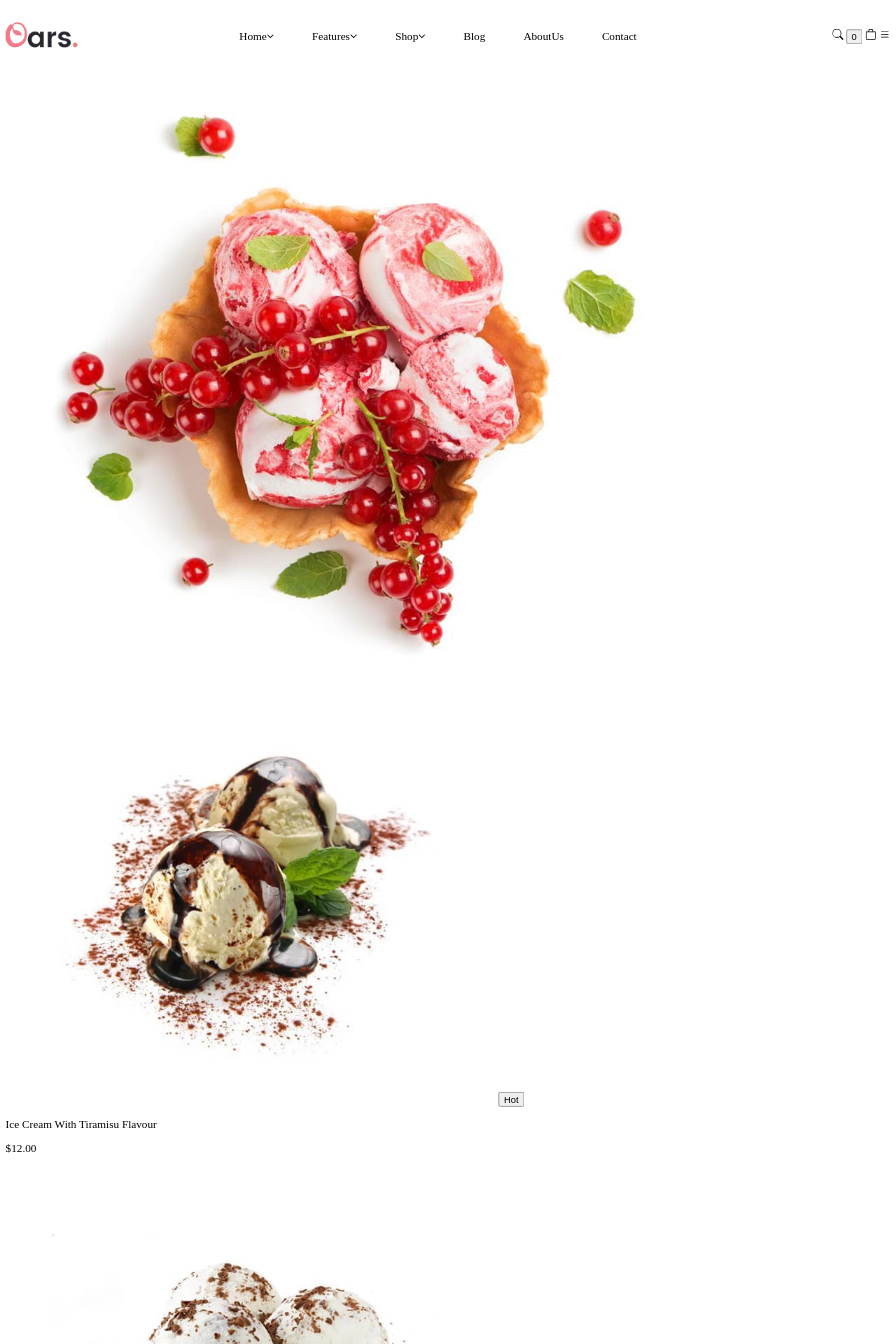
Repository: pradeepi2i/ice-cream
Page: icecream.html
These files come from the project's save history. The page is drawn as it stood at one moment and after the next save; the edit follows.
The browser window is 1280 px wide. The pictures show the part of the page from y = 0 to 1920 px (the page is 8919 px tall), at 70% of full size.

Above is the page before, as saved 2022-11-16 13:05:47.

### icecream.html
<!DOCTYPE html>
<html lang="en">
  <head>
    <meta charset="UTF-8" />
    <meta http-equiv="X-UA-Compatible" content="IE=edge" />
    <meta name="viewport" content="width=device-width, initial-scale=1.0" />
    <link rel="preconnect" href="https://fonts.googleapis.com" />
    <link rel="preconnect" href="https://fonts.gstatic.com" crossorigin />
    <link
      href="https://fonts.googleapis.com/css2?family=Poppins:wght@500;400;200&display=swap"
      rel="stylesheet"
    />
    <link
      rel="stylesheet"
      href="https://cdnjs.cloudflare.com/ajax/libs/font-awesome/4.7.0/css/font-awesome.min.css"
    />
    <link rel="stylesheet" href="./css/style.css" />
    <title>Ice-cream</title>
  </head>
  <body>
    <div class="header">
      <div class="navbar-left">
        <img src="./images/logo.png" alt="logo" class="title" />
      </div>
      <div class="navbar-center">
        <span class="navigation" id="home"
          >Home<i class="fa fa-angle-down down-arrow" aria-hidden="true"></i
        ></span>
        <span class="navigation"
          >Features<i class="fa fa-angle-down down-arrow" aria-hidden="true"></i
        ></span>
        <span class="navigation"
          >Shop<i class="fa fa-angle-down down-arrow" aria-hidden="true"></i
        ></span>
        <span class="navigation">Blog</span>
        <span class="navigation">AboutUs</span>
        <span class="navigation">Contact</span>
      </div>
      <div class="navbar-right">
        <img
          class="top-nav-icon"
          id="search"
          src="./images/search.svg"
          alt="search"
        />
        <button class="count">0</button>
        <img class="top-nav-icon" src="/images/bag.svg" alt="cart" id="bag" />
        <img class="top-nav-icon" src="/images/menu.svg" alt="menu" id="menu" />
      </div>
    </div>
    <div class="container">
      <div class="top-container">
        <div class="large-left-square-1">
          <img
            id="large-left"
            src="/images/strawberry-big.jpg"
            alt="strawberry-big"
            class="strawberry-big"
          />
        </div>
        <div class="right-rectangle-1">
          <div class="small-ice-row-1-col-1">
            <img
              class="small-ice"
              src="/images/ice-1.jpg"
              alt="Tiramisu Flavour"
            />
            <button class="hot">Hot</button>
            <div class="txt">
              <p class="flavour">Ice Cream With Tiramisu Flavour</p>
              <span class="price">$12.00</span>
            </div>
          </div>
          <div class="small-ice-row-1-col-2">
            <img class="small-ice" src="/images/ice-2.jpg" alt="Scrachatella" />
            <button class="hot">Hot</button>
            <button class="sale">Sale</button>
            <div class="txt">
              <p class="flavour">Scrachatella Ice Cream</p>
              <span class="price">$36.90</span>
              <span class="old-price">&nbsp$41.00</span>
            </div>
          </div>
          <div class="small-ice-row-1-col-1">
            <img
              class="small-ice"
              src="/images/ice-3.jpg"
              alt="Tiramisu Flavour"
            />
            <button class="hot">Hot</button>
            <div class="txt">
              <p class="flavour">Cream with strawberry</p>
              <span class="price">$15.00</span>
            </div>
          </div>
          <div class="small-ice-row-1-col-2">
            <img
              class="small-ice"
              src="/images/ice-4.jpg"
              alt="Cappuccino Ice Cream"
            />
            <button class="sale-only">Sale</button>
            <div class="txt">
              <p class="flavour">Cappuccino Ice Cream</p>
              <span class="price">$18.90</span>
              <span class="old-price">&nbsp$20.00</span>
            </div>
          </div>
        </div>
      </div>
      <div class="middle-container">
        <div class="poster">
          <div class="content">
            <h1 class="title">Stepping into15th years of sharing smiles</h1>
            <p class="subtitle">
              Prasent commodo cursus magna,vel scelerisque nisl consectetur et.
              Cras mattis consectetur purus sit amet fermentum. Lorem ipsum
              dolor sit amet, consectetur adipiscing elit. Donec ullamcorper
              nulla non metus auctor fringilla.Nullam quis risus eget urna
              mollis ornare vel eu leo.
            </p>
            <p id="about">About Oars Store</p>
          </div>
        </div>
      </div>
      <div class="top-container">
        <div class="right-rectangle-1">
          <div class="small-ice-row-1-col-1">
            <img
              class="small-ice"
              src="/images/ice-5.jpg"
              alt="Ice Cream Covered With Chocolate & Nuts"
            />
            <div class="txt">
              <p class="flavour">Ice Cream With Chocolate & Nuts</p>
              <span class="price">$60.00</span>
            </div>
          </div>
          <div class="small-ice-row-1-col-2">
            <img
              class="small-ice"
              src="/images/ice-6.jpg"
              alt="Colorful Popsicles Isolated"
            />
            <button class="hot">Hot</button>
            <button class="sale">Sale</button>
            <div class="txt">
              <p class="flavour">Colorful Popsicles Isolated</p>
              <span class="price">$54.00</span>
              <span class="old-price">&nbsp$69.00</span>
            </div>
          </div>
          <div class="small-ice-row-1-col-1">
            <img
              class="small-ice"
              src="/images/ice-7.jpg"
              alt="Ice Cream Covered With Chocolate "
            />
            <button class="hot">Hot</button>
            <button class="sale">Sale</button>
            <div class="txt">
              <p class="flavour">Ice Cream Covered With Chocolate</p>
              <span class="price">$27.00</span>
              <span class="old-price">&nbsp$42.00</span>
            </div>
          </div>
          <div class="small-ice-row-1-col-2">
            <img
              class="small-ice"
              src="/images/ice-4.jpg"
              alt="Colorful Popsicles Isolated"
            />
            <button class="hot">Hot</button>
            <div class="txt">
              <p class="flavour">Colorful Popsicles Isolated</p>
              <span class="price">$69.90</span>
            </div>
          </div>
        </div>
        <div class="large-right-square-1">
          <img
            id="large-left"
            src="/images/cone-big.jpg"
            alt="cone-big"
            class="strawberry-big"
          />
        </div>
      </div>
      <div class="bottom-container">
        <div class="bottom-top-container">
          <img src="/images/product-1.png" alt="coffee" class="product" />
          <img src="/images/product-2.png" alt="chocolate" class="product" />
          <img src="/images/product-3.png" alt="market" class="product" />
          <img src="/images/product-4.png" alt="mountain" class="product" />
          <img src="/images/product-5.png" alt="mountainbike" class="product" />
          <img src="/images/product-6.png" alt="morelle" class="product" />
        </div>
        <div class="bottom-middle-container">
          <div class="details">
            <div class="contact-details">
              <div class="contact-title">
                <h2>Contact Us</h2>
                <div class="bottom-line">
                  <hr class="line" />
                  <hr class="dot" />
                </div>
                <p class="description">
                  Fusce dapibus, tellus ac cursus commodo, tortor mauris
                  condimentum nibh
                </p>
                <div class="navigation-icon">
                  <div class="nav" id="location">
                    <i class="fa fa-map-marker nav-icon" aria-hidden="true"></i>
                    <span class="info"
                      >221b Notingham Forest - London - UK</span
                    >
                  </div>
                  <div class="nav" id="call">
                    <i class="fa fa-phone nav-icon" aria-hidden="true"></i
                    ><span class="info">0123 456 789 - 0123 987 654</span>
                  </div>
                  <div class="nav" id="mail">
                    <i class="fa fa-paper-plane nav-icon" aria-hidden="true"></i
                    ><span class="info">tivatheme@gmail.com</span>
                  </div>
                </div>
              </div>
              <div class="time-title">
                <h2>Opening Hours</h2>
                <div class="bottom-line">
                  <hr class="line" />
                  <hr class="dot" />
                </div>
                <div class="week-days">
                  <h3>Mon - Fri</h3>
                  <p class="time">08.00 am - 17.00 pm</p>
                </div>
                <div class="week-end">
                  <h3>Sat - Sun</h3>
                  <p class="time">08.00 am - 11.30 pm</p>
                </div>
              </div>
              <div class="link-title">
                <h2>Useful Links</h2>
                <div class="bottom-line">
                  <hr class="line" />
                  <hr class="dot" />
                </div>
                <div class="link">
                  <p>About Us</p>
                  <p>Portfolio</p>
                  <p>Terms Of Service</p>
                  <p>Privacy Policy</p>
                  <p>Contact Us</p>
                </div>
              </div>
              <div class="direction-title">
                <h2>Get Direction</h2>
                <div class="bottom-line">
                  <hr class="line" />
                  <hr class="dot" />
                </div>
                <div class="direction">
                  <img src="/images/map.png" alt="map" class="map" />
                </div>
              </div>
            </div>
          </div>
        </div>
        <div class="bottom-end-container">
          <div class="footer">
            <div class="copyrights">
              <p class="copy">
                &copy; 2020 <span class="company-name">Oars Organic</span
                ><span>. All Rights Reserved. Design by</span>
                <span class="company-name">Tivatheme</span>
              </p>
            </div>
            <div class="support">
              <p class="support-options">
                <span class="options">Help</span>
                <span class="options">FAQs</span>
                <span class="options">History</span>
                <span class="options">Online Support</span>
              </p>
            </div>
            <div class="bottom-round">
              <i
                class="fa fa-long-arrow-up fa-2x"
                id="bottom-icon"
                aria-hidden="true"
              ></i>
            </div>
          </div>
        </div>
      </div>
    </div>
  </body>
</html>

### css/style.css
.header {
    display: flex;
    justify-content: space-between;
    align-items: center;
    padding: 0rem;
}
.navbar-center {
    display: flex;
    justify-content: center;
    padding: 2rem;
}
.navigation {
    padding: .2rem;
    margin-right: 3rem;
}

After the next save:
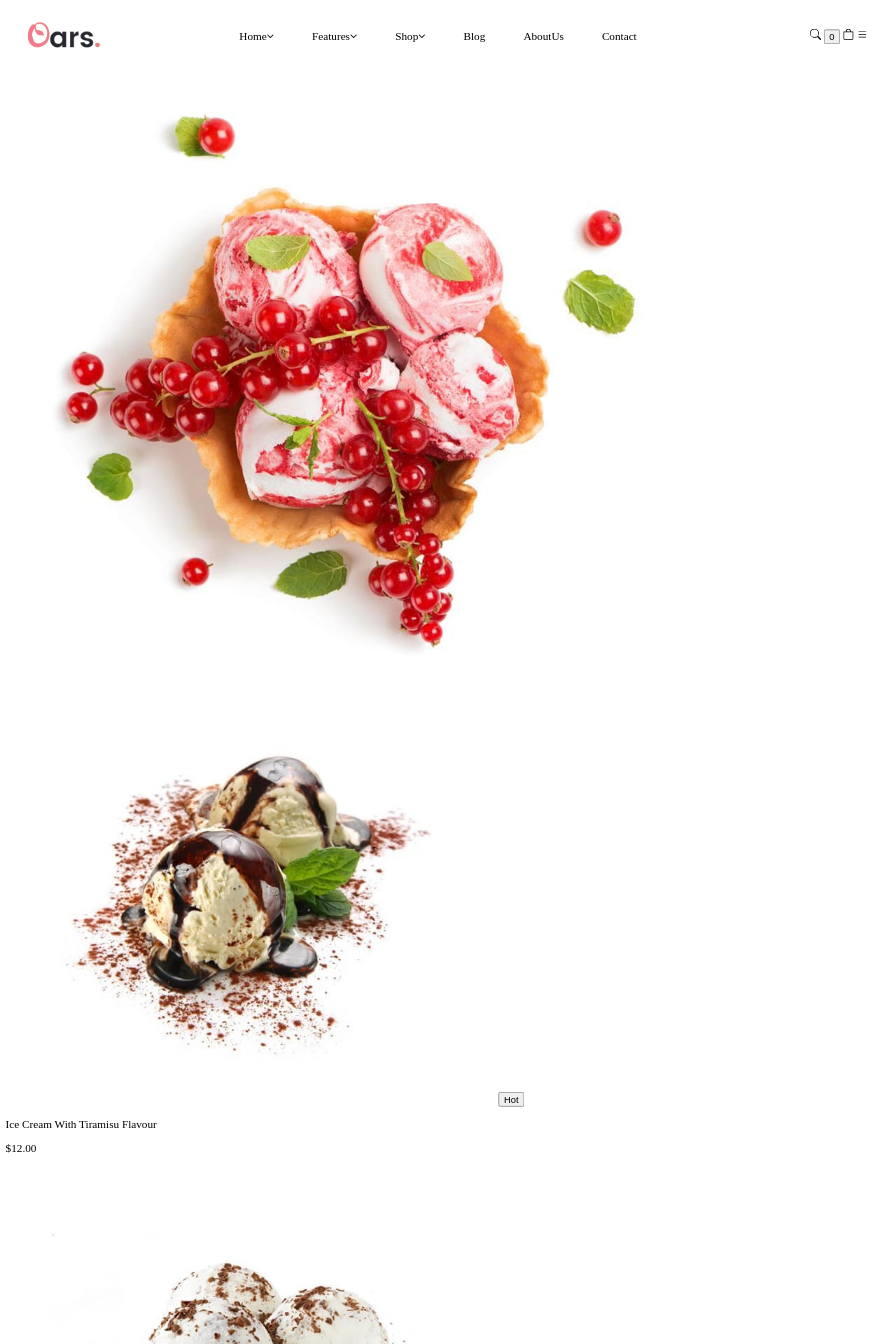
Saved 56 s later.
--- a/css/style.css
+++ b/css/style.css
@@ -2,7 +2,7 @@
     display: flex;
     justify-content: space-between;
     align-items: center;
-    padding: 0rem;
+    padding: 0rem 2rem;
 }
 .navbar-center {
     display: flex;
